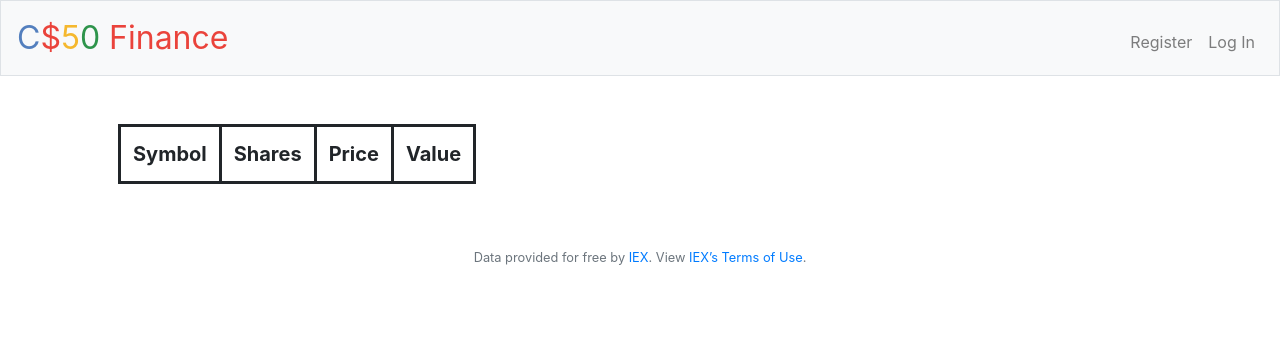
Repository: Mackeyrw/gitTest-CS50
Page: pset8/finance/templates/index.html
The author's editor kept a record of every edit. The page is drawn from the files as they stood at one moment, then again after the next edit.
The browser window is 1280 px wide. The pictures show the whole page.
The template is drawn by Flask 3. The application's start-up code is not run. Other server files are loaded and not shown. The template is opened directly, without the code that normally fills it, so the values that code supplies are empty.

Above is the page before.

### pset8/finance/templates/index.html
{% extends "layout.html" %}

{% block title %}
    Index
{% endblock %}

{% block main %}
    <div class=table>
        <table>
            <tr class=header>
                <td>Symbol</td><td>Shares</td><td>Price</td><td>Value</td>
            </tr>
            {% for row in rows %}
            <tr>

                <td>{{ row[0] }}</td><td>{{ row[1] }}</td><td>{{ row[2] }}</td><td>{{ row[3] }}</td>

            </tr>
             {% endfor %}
        </table>
    </div>
{% endblock %}

### pset8/finance/templates/layout.html
<!DOCTYPE html>

<html lang="en">

    <head>

        <!-- Required meta tags -->
        <meta charset="utf-8">
        <meta name="viewport" content="width=device-width, initial-scale=1, shrink-to-fit=no">

        <!-- documentation at http://getbootstrap.com/docs/4.1/, alternative themes at https://bootswatch.com/ -->
        <link href="https://maxcdn.bootstrapcdn.com/bootstrap/4.1.3/css/bootstrap.min.css" rel="stylesheet">

        <!-- https://favicon.io/emoji-favicons/money-mouth-face/ -->
        <link href="/static/favicon.ico" rel="icon">

        <link href="/static/styles.css" rel="stylesheet">

        <script src="https://code.jquery.com/jquery-3.3.1.min.js"></script>
        <script src="https://cdnjs.cloudflare.com/ajax/libs/popper.js/1.14.3/umd/popper.min.js"></script>
        <script src="https://maxcdn.bootstrapcdn.com/bootstrap/4.1.3/js/bootstrap.min.js"></script>

        <title>C$50 Finance: {% block title %}{% endblock %}</title>

    </head>

    <body>

        <nav class="navbar navbar-expand-md navbar-light bg-light border">
            <a class="navbar-brand" href="/"><span class="blue">C</span><span class="red">$</span><span class="yellow">5</span><span class="green">0</span> <span class="red">Finance</span></a>
            <button aria-controls="navbar" aria-expanded="false" aria-label="Toggle navigation" class="navbar-toggler" data-target="#navbar" data-toggle="collapse" type="button">
                <span class="navbar-toggler-icon"></span>
            </button>
            <div class="collapse navbar-collapse" id="navbar">
                {% if session.user_id %}
                    <ul class="navbar-nav mr-auto mt-2">
                        <li class="nav-item"><a class="nav-link" href="/quote">Quote</a></li>
                        <li class="nav-item"><a class="nav-link" href="/buy">Buy</a></li>
                        <li class="nav-item"><a class="nav-link" href="/sell">Sell</a></li>
                        <li class="nav-item"><a class="nav-link" href="/history">History</a></li>
                        <li class="nav-item"><a class="nav-link" href="/add">Add Cash</a></li>
                    </ul>
                    <ul class="navbar-nav ml-auto mt-2">
                        <li class="nav-item"><a class="nav-link" href="/logout">Log Out</a></li>
                    </ul>
                {% else %}
                    <ul class="navbar-nav ml-auto mt-2">
                        <li class="nav-item"><a class="nav-link" href="/register">Register</a></li>
                        <li class="nav-item"><a class="nav-link" href="/login">Log In</a></li>
                    </ul>
                {% endif %}
            </div>
        </nav>

        {% if get_flashed_messages() %}
            <header>
                <div class="alert alert-primary border text-center" role="alert">
                    {{ get_flashed_messages() | join(" ") }}
                </div>
            </header>
        {% endif %}

        <main class="container p-5">
            {% block main %}{% endblock %}
        </main>

        <footer class="small text-center text-muted">
            Data provided for free by <a href="https://iextrading.com/developer">IEX</a>. View <a href="https://iextrading.com/api-exhibit-a/">IEX’s Terms of Use</a>.
        </footer>

    </body>

</html>

### pset8/finance/static/styles.css
nav .navbar-brand
{
    /* size for brand */
    font-size: xx-large;
}

/* colors for brand */
nav .navbar-brand .blue
{
    color: #537fbe;
}
nav .navbar-brand .red
{
    color: #ea433b;
}
nav .navbar-brand .yellow
{
    color: #f5b82e;
}
nav .navbar-brand .green
{
    color: #2e944b;
}

main .form-control
{
    /* center form controls */
    display: inline-block;

    /* override Bootstrap's 100% width for form controls */
    width: auto;
}

main
{
    /* scroll horizontally as needed */
    overflow-x: auto;

    /* center contents */
    text-align: center;
}

main img
{
    /* constrain images on small screens */
    max-width: 100%;
}

.quoted
{
    font-size: 30px;
    color: darkblue;
    font-weight: bold;
}

.table table tr td
{
    border: solid;
    text-align: center;
}

.header
{
    font-size: 20px;
    font-weight: bold;
}

After the next edit:
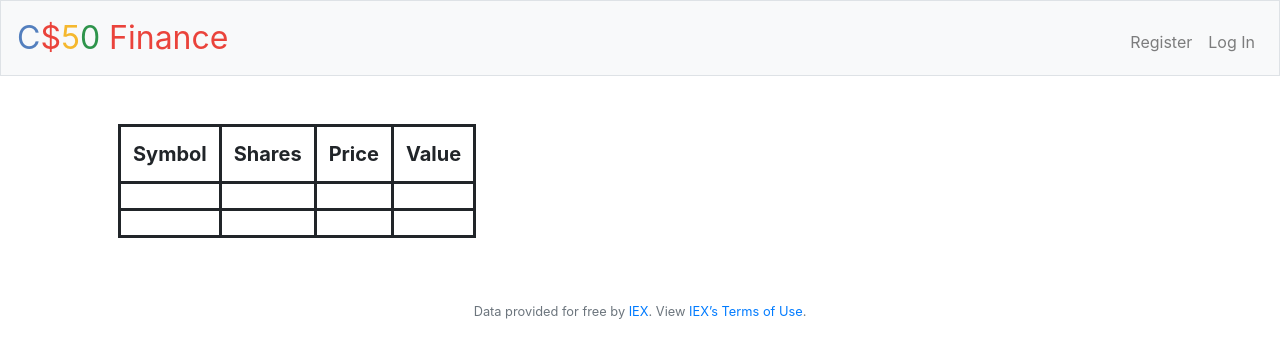
The edit:
--- a/pset8/finance/templates/index.html
+++ b/pset8/finance/templates/index.html
@@ -17,6 +17,12 @@
 
             </tr>
              {% endfor %}
+             <tr>
+                 <td></td><td></td><td></td><td></td>
+             </tr>
+             <tr>
+                 <td></td><td></td><td></td><td></td>
+             </tr>
         </table>
     </div>
 {% endblock %}
